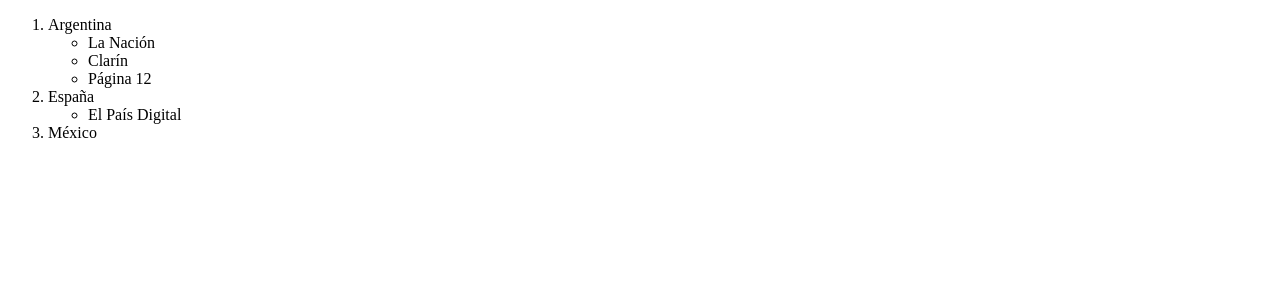
Repository: ThePerez/ArgProg
Page: Practicas ArgProg/Practica 2/Ejercicio4.html
These files come from the project's save history. The page is drawn as it stood at one moment and after a run of saves; the edit follows.
The browser window is 1280 px wide. The pictures show the whole page.

Above is the page before, as saved 2023-03-06 13:10:24.

### Practicas ArgProg/Practica 2/Ejercicio4.html
<!DOCTYPE html>
<html lang="en">

<head>
     <meta charset="UTF-8">
     <meta http-equiv="X-UA-Compatible" content="IE=edge">
     <meta name="viewport" content="width=device-width, initial-scale=1.0">
     <title>Ejercicio 4</title>
</head>

<body>
     <ol>
          <li>Argentina</li>
               <ul>
                    <li>La Nación</li>
                    <li>Clarín</li>
                    <li>Página 12</li>
               </ul>
          <li>España</li>
               <ul>
                    <li>El País Digital</li>

               </ul>
          <li>México</li>
     </ol>
</body>

</html>

After the next 3 saves:
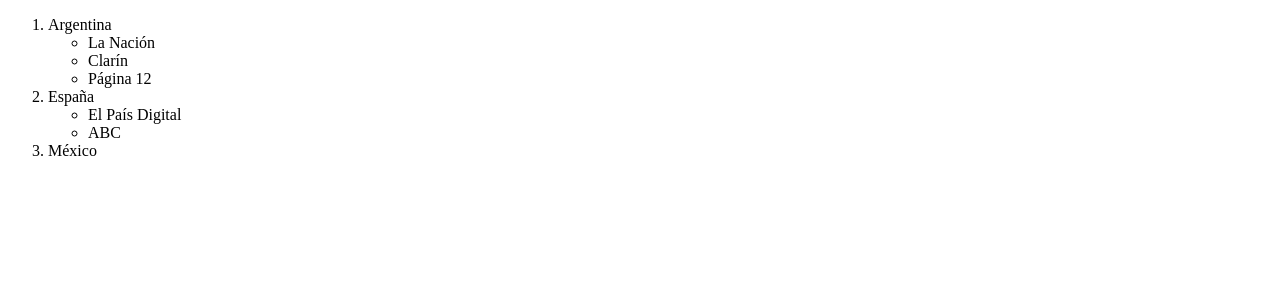
The 3 saves are shown as one change because they came seconds apart.
The last was saved 9 s later.
--- a/Practicas ArgProg/Practica 2/Ejercicio4.html
+++ b/Practicas ArgProg/Practica 2/Ejercicio4.html
@@ -19,6 +19,7 @@
           <li>España</li>
                <ul>
                     <li>El País Digital</li>
+                    <li>ABC</li>
 
                </ul>
           <li>México</li>
